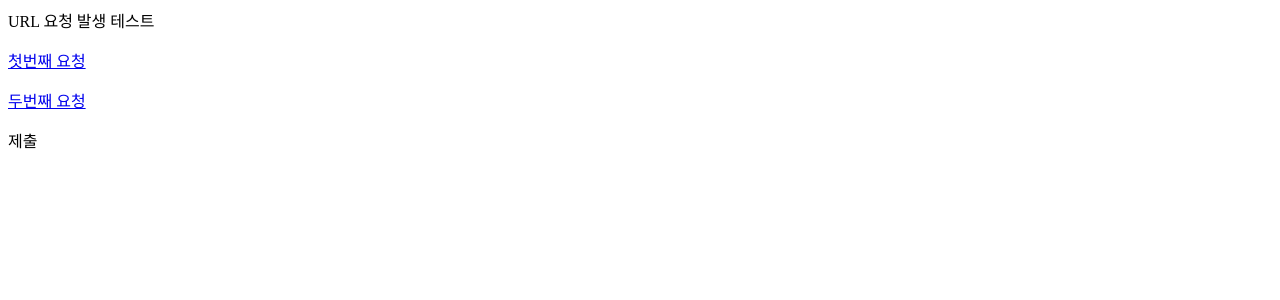
Repository: man332414/myJspStudy
Page: jsp_example/src/main/webapp/index.html
The author's editor kept a copy of each file at every save. The page is drawn from the files as they stood at one save, then again after the next save.
The browser window is 1280 px wide. The pictures show the whole page.

Above is the page before, as saved 2024-10-07 06:10:53.

### jsp_example/src/main/webapp/index.html
<!DOCTYPE html>
<html>
<head>
<meta charset="UTF-8">
<title>index</title>
</head>
<body>
	URL 요청 발생 테스트
	<p>
	<!-- Step 1. URL 만들기 -->
		<!-- http://localhost:8080/jsp_example/first -->
		<a href = "first"> 첫번째 요청</a>
	</p>
		<p>
	<!-- Step 1. URL 만들기 -->
		<!-- http://localhost:8080/jsp_example/first -->
		<a href = "second"> 두번째 요청</a>
	</p>

	<form action="">
		<summit>제출</summit>
	</form>

</body>
</html>

After the next save:
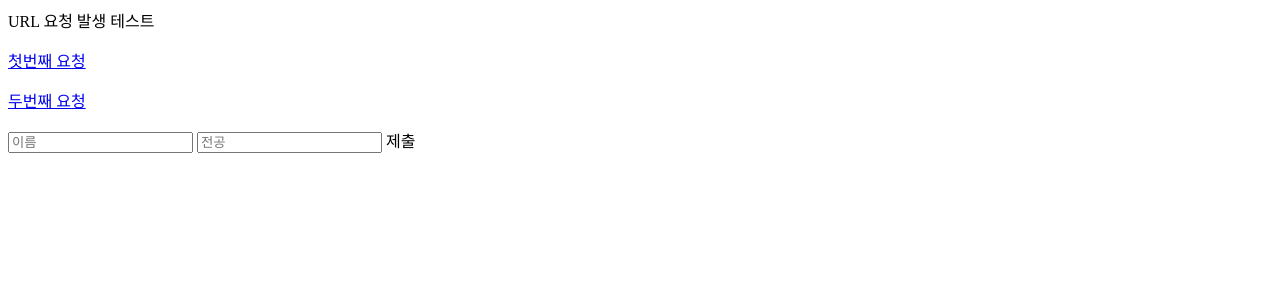
Saved 10 min 59 s later.
--- a/jsp_example/src/main/webapp/index.html
+++ b/jsp_example/src/main/webapp/index.html
@@ -17,7 +17,9 @@
 		<a href = "second"> 두번째 요청</a>
 	</p>
 
-	<form action="">
+	<form action="#">
+		<input type = "text" name = "name" placeholder = "이름">
+		<input type = "text" name = "major" placeholder = "전공">
 		<summit>제출</summit>
 	</form>
 
